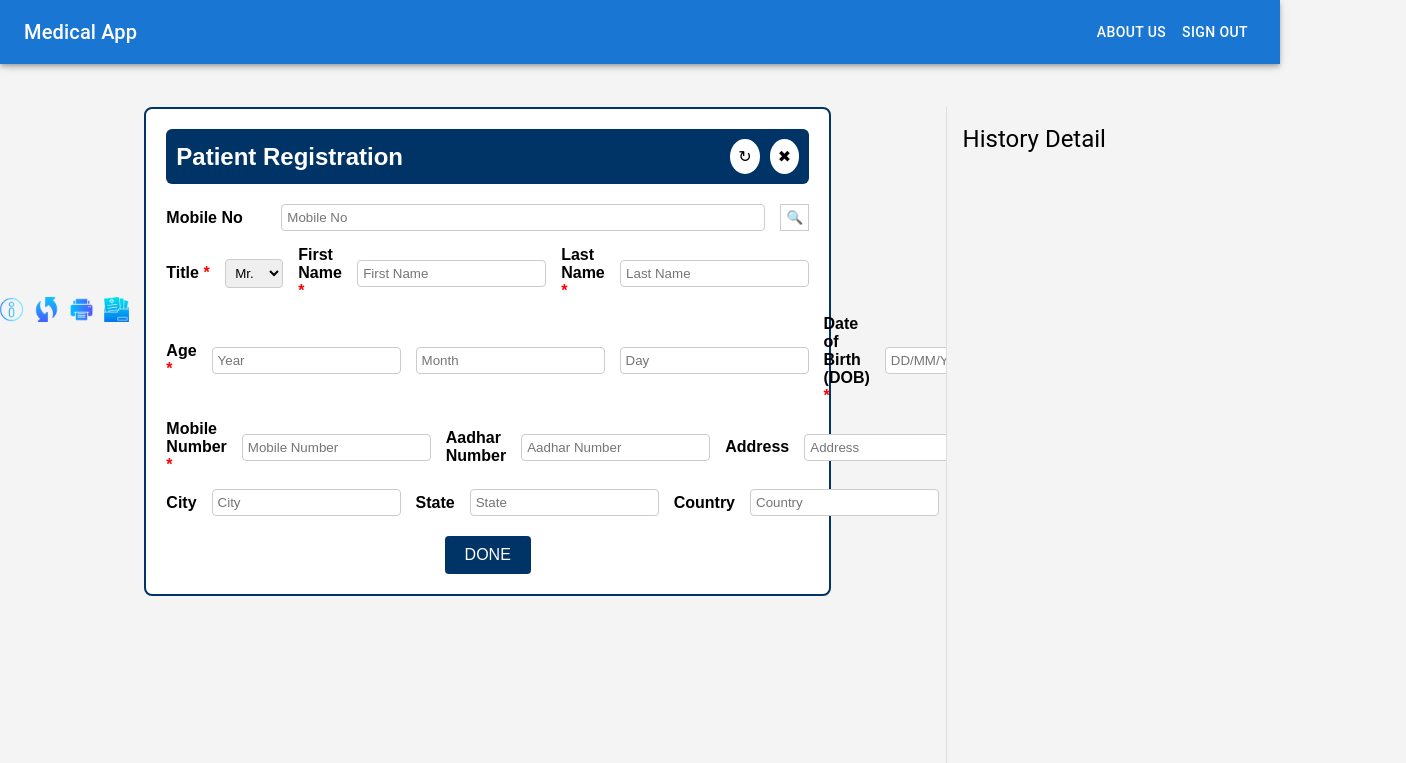
Repository: sshaiv/demo_project
Page: /
An editor plug-in stored every save of this project. The page is shown before and after the next save, followed by the edit.
The browser window is 1280 px wide. The page is 1406 px wide, so the pictures cover 1406 px, including what lies to the right of the window. The pictures show the whole page.
The project was rebuilt for these pictures with package versions that can differ from the ones it lists, and the page was loaded fresh each time.

Above is the page before, as saved 2024-08-12 22:04:06.

After the next save:
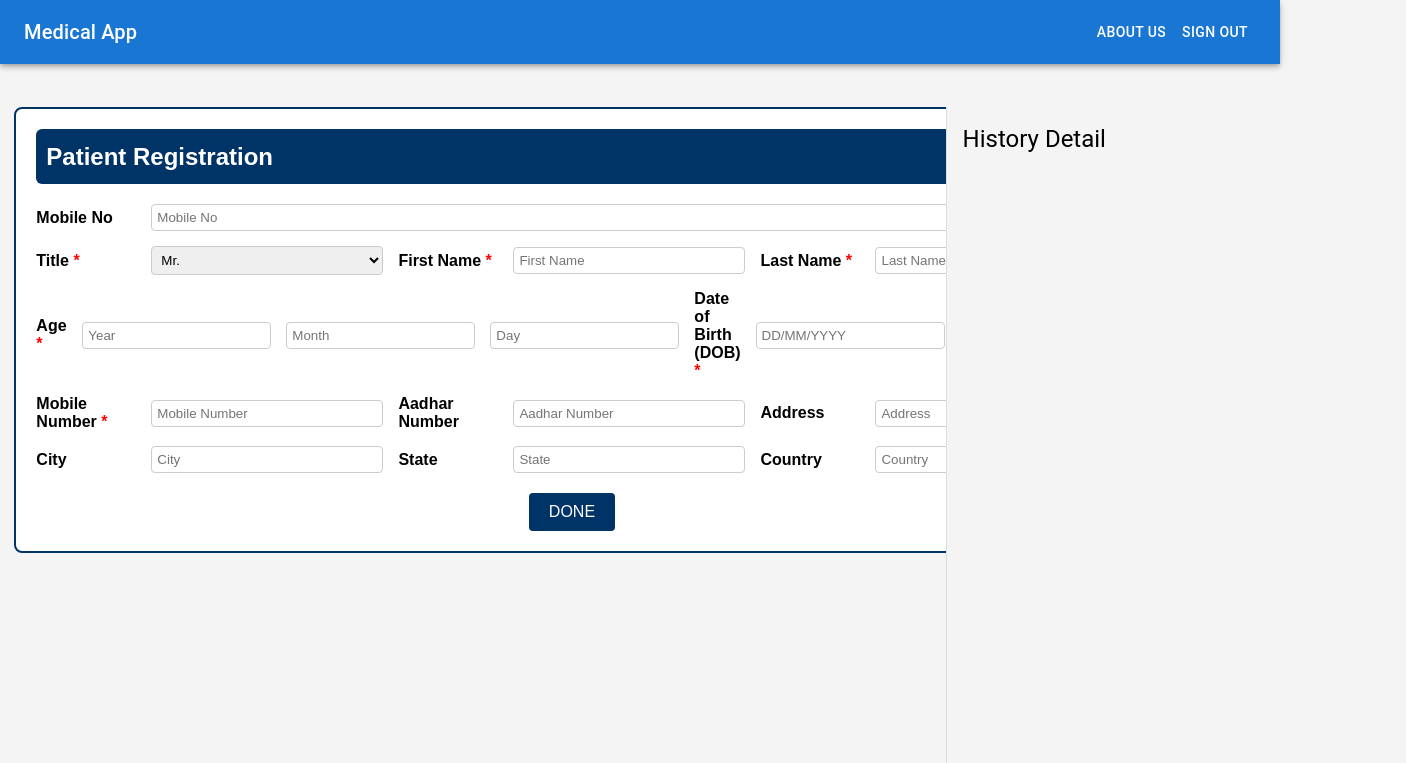
Saved 50 s later.
--- a/src/cssfile/style.css
+++ b/src/cssfile/style.css
@@ -10,7 +10,7 @@ body {
 
   .container {
     background-color: white;
-    width: 60%;
+    width: 100%;
     border: 2px solid #003366;
     border-radius: 8px;
     padding: 20px;
